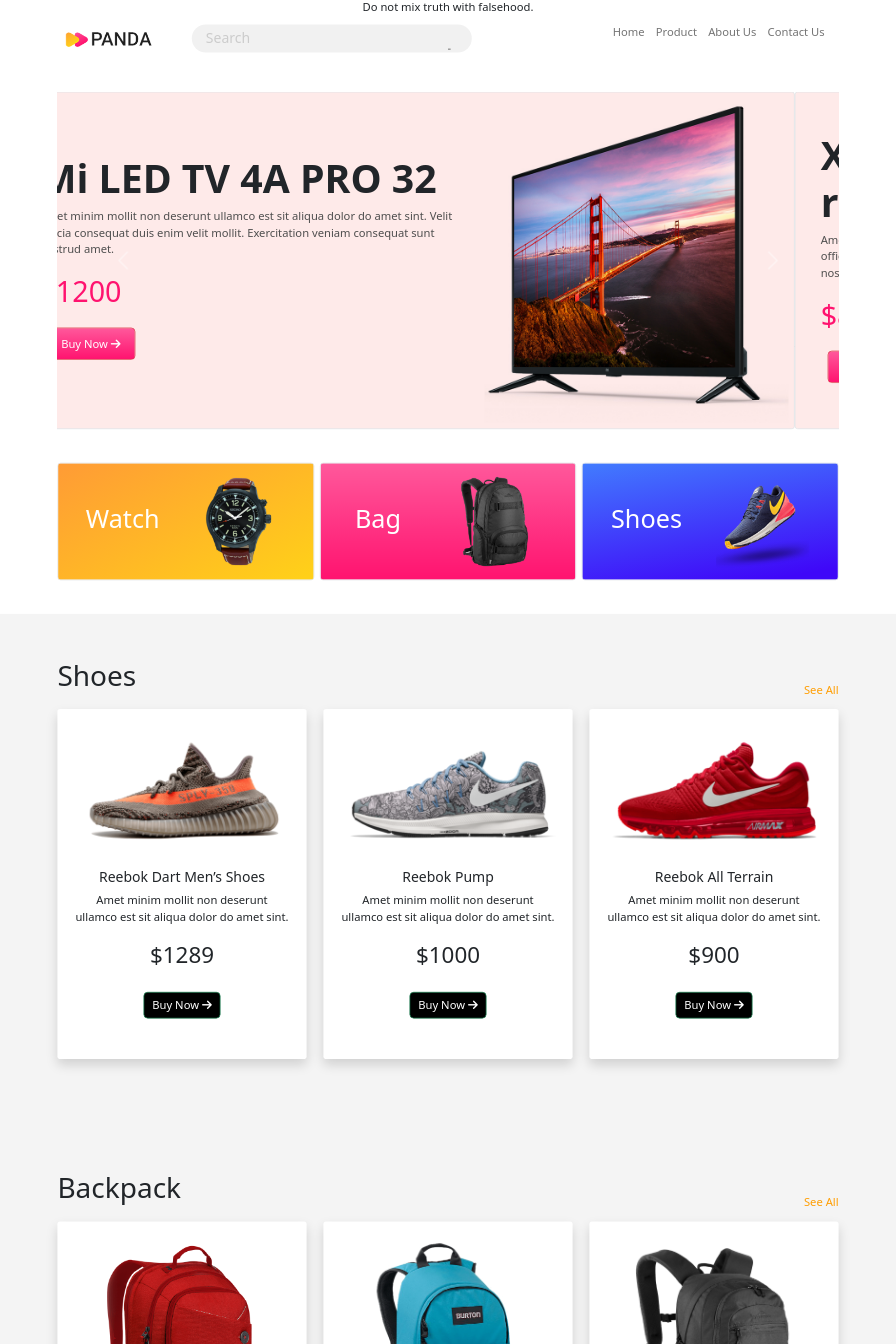
Repository: zjria/panda-e-commerce-
Page: index.html
The author's editor kept a copy of each file at every save. The page is drawn from the files as they stood at one save, then again after the next save.
The browser window is 1280 px wide. The pictures show the part of the page from y = 0 to 1920 px (the page is 2751 px tall before and 2661 px after), at 70% of full size.
Pictures or frames that could not be fetched are drawn as grey boxes.

Above is the page before, as saved 2022-10-04 11:05:45.

### index.html
<!DOCTYPE html>
<html lang="en">

<head>
    <meta charset="UTF-8">
    <meta http-equiv="X-UA-Compatible" content="IE=edge">
    <meta name="viewport" content="width=device-width, initial-scale=1.0">
    <title>Panda E-Commerce Bootstrap</title>
    <!-- Bootstrap CSS Link -->
    <link href="https://cdn.jsdelivr.net/npm/bootstrap@5.0.2/dist/css/bootstrap.min.css" rel="stylesheet"
        integrity="sha384-EVSTQN3/azprG1Anm3QDgpJLIm9Nao0Yz1ztcQTwFspd3yD65VohhpuuCOmLASjC" crossorigin="anonymous">
    <!-- Font Awesome CDN Link -->
    <link rel="stylesheet" href="https://cdnjs.cloudflare.com/ajax/libs/font-awesome/6.2.0/css/all.min.css"
        integrity="sha512-xh6O/CkQoPOWDdYTDqeRdPCVd1SpvCA9XXcUnZS2FmJNp1coAFzvtCN9BmamE+4aHK8yyUHUSCcJHgXloTyT2A=="
        crossorigin="anonymous" referrerpolicy="no-referrer" />
    <!-- Custom CSS -->
    <link rel="stylesheet" href="style.css">


</head>

<body>

    <h6 class="text-center">Do not mix truth with falsehood.</h6>

    <!-- Header Section Start -->

    <header class="container">
        <nav class="navbar navbar-expand-lg navbar-light bg-white">
            <div class="container">
                <a class="navbar-brand" href="#"> <img src="images/logo.png" class="img-fluid w-75"
                        alt="Header_logo"></a>

                <button class="navbar-toggler" type="button" data-bs-toggle="collapse"
                    data-bs-target="#navbarSupportedContent" aria-controls="navbarSupportedContent"
                    aria-expanded="false" aria-label="Toggle navigation">
                    <span class="navbar-toggler-icon"></span>
                </button>

                <form action="" class="d-flex search-bar">
                    <input type="text" placeholder="Search" name="q">
                    <button type="submit"><img class="img-fluid" src="images/search.png" alt=""></button>
                </form>


                <div class="collapse navbar-collapse pt-0" id="navbarSupportedContent">
                    <ul class="navbar-nav mb-2 mb-lg-0">
                        <li class="nav-item">
                            <a class="nav-link" href="#">Home</a>
                        </li>
                        <li class="nav-item">
                            <a class="nav-link" href="#">Product</a>
                        </li>
                        <li class="nav-item">
                            <a class="nav-link" href="#">About Us</a>
                        </li>
                        <li class="nav-item">
                            <a class="nav-link" href="#">Contact Us</a>
                        </li>
                    </ul>
                </div>
            </div>
        </nav>

        <!-- Slide Section Start -->
        <div id="carouselExampleControls" class="carousel slide mt-5" data-bs-ride="carousel">
            <div class="carousel-inner">
                <div class="carousel-item active border rounded slide-bg-color">
                    <div class="row">
                        <div class="col-lg-7 ps-5 d-flex align-items-center">
                            <div class="text-degain">
                                <h1>Mi LED TV 4A PRO 32</h1>
                                <p class="pb-2">Amet minim mollit non deserunt ullamco est sit aliqua dolor do amet
                                    sint. Velit
                                    officia
                                    consequat duis enim velit mollit. Exercitation veniam consequat sunt nostrud amet.
                                </p>
                                <h2 class="pb-2">$1200</h2>
                                <button class="btn btn-danger">Buy Now <i class="fa-solid fa-arrow-right"></i></button>
                            </div>
                        </div>
                        <div class="col-lg-5 images-fixed">
                            <img src="images/banner-images/tv.png" class="d-block w-100 p-2" alt="...">
                        </div>
                    </div>
                </div>
                <div class="carousel-item border rounded slide-bg-color">
                    <div class="row">
                        <div class="col-lg-7 ps-5 d-flex align-items-center">
                            <div class="text-degain">
                                <h1>X-Box for your living room</h1>
                                <p class="pb-2">Amet minim mollit non deserunt ullamco est sit aliqua dolor do amet
                                    sint. Velit
                                    officia
                                    consequat duis enim velit mollit. Exercitation veniam consequat sunt nostrud amet.
                                </p>
                                <h2 class="pb-2">$820</h2>
                                <button class="btn btn-danger">Buy Now <i class="fa-solid fa-arrow-right"></i></button>
                            </div>
                        </div>
                        <div class="col-lg-5 images-fixed">
                            <img src="images/banner-images/xbox.png" class="d-block w-100 p-2" alt="...">
                        </div>
                    </div>
                </div>
                <div class="carousel-item border rounded slide-bg-color">
                    <div class="row">
                        <div class="col-lg-7 ps-5 d-flex align-items-center">
                            <div class="text-degain">
                                <h1>Coll Dude Headphone</h1>
                                <p class="pb-2">Amet minim mollit non deserunt ullamco est sit aliqua dolor do amet
                                    sint. Velit
                                    officia
                                    consequat duis enim velit mollit. Exercitation veniam consequat sunt nostrud amet.
                                </p>
                                <h2 class="pb-2">$420</h2>
                                <button class="btn btn-danger">Buy Now <i class="fa-solid fa-arrow-right"></i></button>
                            </div>
                        </div>
                        <div class="col-lg-5 images-fixed">
                            <img src="images/banner-images/headphone.png" class="d-block w-100 p-2" alt="...">
                        </div>
                    </div>
                </div>
            </div>
            <button class="carousel-control-prev" type="button" data-bs-target="#carouselExampleControls"
                data-bs-slide="prev">
                <span class="carousel-control-prev-icon" aria-hidden="true"></span>
                <span class="visually-hidden">Previous</span>
            </button>
            <button class="carousel-control-next" type="button" data-bs-target="#carouselExampleControls"
                data-bs-slide="next">
                <span class="carousel-control-next-icon" aria-hidden="true"></span>
                <span class="visually-hidden">Next</span>
            </button>
        </div>
    </header>


    <!-- Main Section Start -->
    <main class="my-5">
        <div class="container">
            <div class="row g-2">
                <div class="col-12 col-md-6 col-lg-4">
                    <div class="p-3 border rounded-3 background-color-one categories d-flex justify-content-around">
                        <h3 class="text-white">Watch</h3>
                        <img src="images/categories/watch.png" alt="">
                    </div>
                </div>
                <div class="col-12 col-md-6 col-lg-4">
                    <div class="p-3 border rounded-3 background-color-tow categories d-flex justify-content-around">
                        <h3 class="text-white">Bag</h3>
                        <img src="images/categories/bag.png" alt="">
                    </div>
                </div>
                <div class="col-12 col-md-6 col-lg-4">
                    <div class="p-3 border rounded-3 background-color-three categories d-flex justify-content-around">
                        <h3 class="text-white">Shoes</h3>
                        <img src="images/categories/shoes.png" alt="">
                    </div>
                </div>
            </div>
        </div>

        <!-- Show Section Start -->
        <article class="show-bg my-5">
            <section class="container my-5 py-5">
                <div class="show-header-text d-flex">
                    <h1>Shoes</h1>
                    <p class="pt-5">See All</p>
                </div>
                <div class="row row-cols-1 row-cols-md-2 row-cols-lg-3 g-4">
                    <div class="col">
                        <div class="card h-100 border border-0 shadow p-2 mb-4 bg-body rounded">
                            <img src="images/shoes/shoe-1.png" class="card-img-top" alt="...">
                            <div class="card-body text-center">
                                <h5 class="card-title">Reebok Dart Men’s Shoes</h5>
                                <p class="card-text ">Amet minim mollit non deserunt ullamco est sit aliqua dolor do
                                    amet
                                    sint. </p>
                                <h2 class="my-4">$1289</h2>
                                <button class="btn btn-success">Buy Now <i class="fa-solid fa-arrow-right"></i></button>
                            </div>
                        </div>
                    </div>
                    <div class="col">
                        <div class="card h-100 border border-0 shadow p-2 mb-4 bg-body rounded">
                            <img src="images/shoes/shoe-2.png" class="card-img-top" alt="...">
                            <div class="card-body text-center">
                                <h5 class="card-title">Reebok Pump</h5>
                                <p class="card-text ">Amet minim mollit non deserunt ullamco est sit aliqua dolor do
                                    amet
                                    sint. </p>
                                <h2 class="my-4">$1000</h2>
                                <button class="btn btn-success">Buy Now <i class="fa-solid fa-arrow-right"></i></button>
                            </div>
                        </div>
                    </div>
                    <div class="col">
                        <div class="card h-100 border border-0 shadow p-2 mb-4 bg-body rounded">
                            <img src="images/shoes/shoe-3.png" class="card-img-top" alt="...">
                            <div class="card-body text-center">
                                <h5 class="card-title">Reebok All Terrain</h5>
                                <p class="card-text ">Amet minim mollit non deserunt ullamco est sit aliqua dolor do
                                    amet
                                    sint. </p>
                                <h2 class="my-4">$900</h2>
                                <button class="btn btn-success">Buy Now <i class="fa-solid fa-arrow-right"></i></button>
                            </div>
                        </div>
                    </div>



                </div>
            </section>

            <!-- Bag Section Start -->
            <section class="container my-5 py-5">
                <div class="show-header-text d-flex">
                    <h1>Backpack</h1>
                    <p class="pt-5">See All</p>
                </div>
                <div class="row row-cols-1 row-cols-md-2 row-cols-lg-3 g-4">
                    <div class="col">
                        <div class="card h-100 border border-0 shadow p-2 mb-4 bg-body rounded">
                            <img src="images/bags/bag-1.png" class="card-img-top" alt="...">
                            <div class="card-body text-center">
                                <h5 class="card-title">Ison Backpack</h5>
                                <p class="card-text ">Amet minim mollit non deserunt ullamco est sit aliqua dolor do
                                    amet
                                    sint. </p>
                                <h2 class="my-4">$900</h2>
                                <button class="btn btn-success">Buy Now <i class="fa-solid fa-arrow-right"></i></button>
                            </div>
                        </div>
                    </div>
                    <div class="col">
                        <div class="card h-100 border border-0 shadow p-2 mb-4 bg-body rounded">
                            <img src="images/bags/bag-2.png" class="card-img-top" alt="...">
                            <div class="card-body text-center">
                                <h5 class="card-title">Biaowang Backpack</h5>
                                <p class="card-text ">Amet minim mollit non deserunt ullamco est sit aliqua dolor do
                                    amet
                                    sint. </p>
                                <h2 class="my-4">$880</h2>
                                <button class="btn btn-success">Buy Now <i class="fa-solid fa-arrow-right"></i></button>
                            </div>
                        </div>
                    </div>
                    <div class="col">
                        <div class="card h-100 border border-0 shadow p-2 mb-4 bg-body rounded">
                            <img src="images/bags/bag-3.png" class="card-img-top" alt="...">
                            <div class="card-body text-center">
                                <h5 class="card-title">Dxyizu WS54 Smart</h5>
                                <p class="card-text ">Amet minim mollit non deserunt ullamco est sit aliqua dolor do
                                    amet
                                    sint. </p>
                                <h2 class="my-4">$870</h2>
                                <button class="btn btn-success">Buy Now <i class="fa-solid fa-arrow-right"></i></button>
                            </div>
                        </div>
                    </div>
                </div>
            </section>
        </article>
    </main>

    <!-- Footer Section Start -->
    <footer class="container footer-section p-5">
        <div class="footer-text">
            <h1>LET'S STAY IN TOUCH</h1>
            <p>Get updates on sales specials and more</p>
            <form action="#">
                <div class="form-box">
                    <input ype="text" value="" name="emailaddress" placeholder="Enter your E-mail">
                    <button type="submit">Subscribe</button>
                </div>
            </form>
        </div>
    </footer>




    <!-- Bootstrap JavaScript Link -->
    <script src="https://cdn.jsdelivr.net/npm/bootstrap@5.0.2/dist/js/bootstrap.bundle.min.js"
        integrity="sha384-MrcW6ZMFYlzcLA8Nl+NtUVF0sA7MsXsP1UyJoMp4YLEuNSfAP+JcXn/tWtIaxVXM" crossorigin="anonymous">
    </script>
</body>

</html>

### style.css
.search-bar {
    width: 100%;
    max-width: 400px;
    height: 40px;
    background: #F1F1F1;
    border-radius: 66px;

}

.search-bar input {
    background: transparent;
    flex: 1;
    border: 0;
    outline: none;
    padding: 12px 20px;
    font-size: 20px;

}

::placeholder {
    color: #CCCCCC;
}

.search-bar button {
    background: transparent;
    border: 0;
    outline: none;
}

.search-bar button img {
    width: 25px;
    color: #CCCCCC;
}

div#navbarSupportedContent {
    margin-top: -20px;
    text-align: end;
    justify-content: end;
}

.slide-bg-color {
    background: #FEEAE9;
}

.text-degain p {
    color: #4E4E4E;
}

.text-degain>h1 {
    font-weight: 700;
    font-size: 56px;
}

.text-degain>h2 {
    font-weight: 500;
    font-size: 41px;
    color: #FF136F;
}

.text-degain button {
    background: linear-gradient(180deg, #FF589B -0.01%, #FF136F 99.99%);
    border-radius: 6px;
    padding: 10px 20px;
}

.background-color-one {
    background: linear-gradient(152.07deg, #FF9C35 1.47%, #FFD019 97.17%);
    align-items: center;
}

.background-color-tow {
    background: linear-gradient(180deg, #FF589B -0.01%, #FF136F 99.99%);
    align-items: center;
}

.background-color-three {
    background: linear-gradient(170.41deg, #4289FF -10.89%, #3F07F8 92.77%);
    align-items: center;
}

.categories h3 {
    font-weight: 500;
    font-size: 36px;
}

.categories img {
    width: 40%;
}

.show-bg {
    background: #F4F4F4;
}

.show-header-text {
    justify-content: space-between;
    align-items: center;
    text-align: center;
}

.show-header-text p {
    color: #FF9D00;
}

.show-bg button {
    background: #000000;
    border-radius: 6px;
}

.footer-section {
    background: #FFF2F1;
}

.form-box {
    padding: 20px;
}

.form-box input,
button {
    outline: none;
    border: none;
    font-size: 18px;
    background: white;
    padding: 10px 20px;
    border-radius: 5px;
    margin: 10px;
}

After the next save:
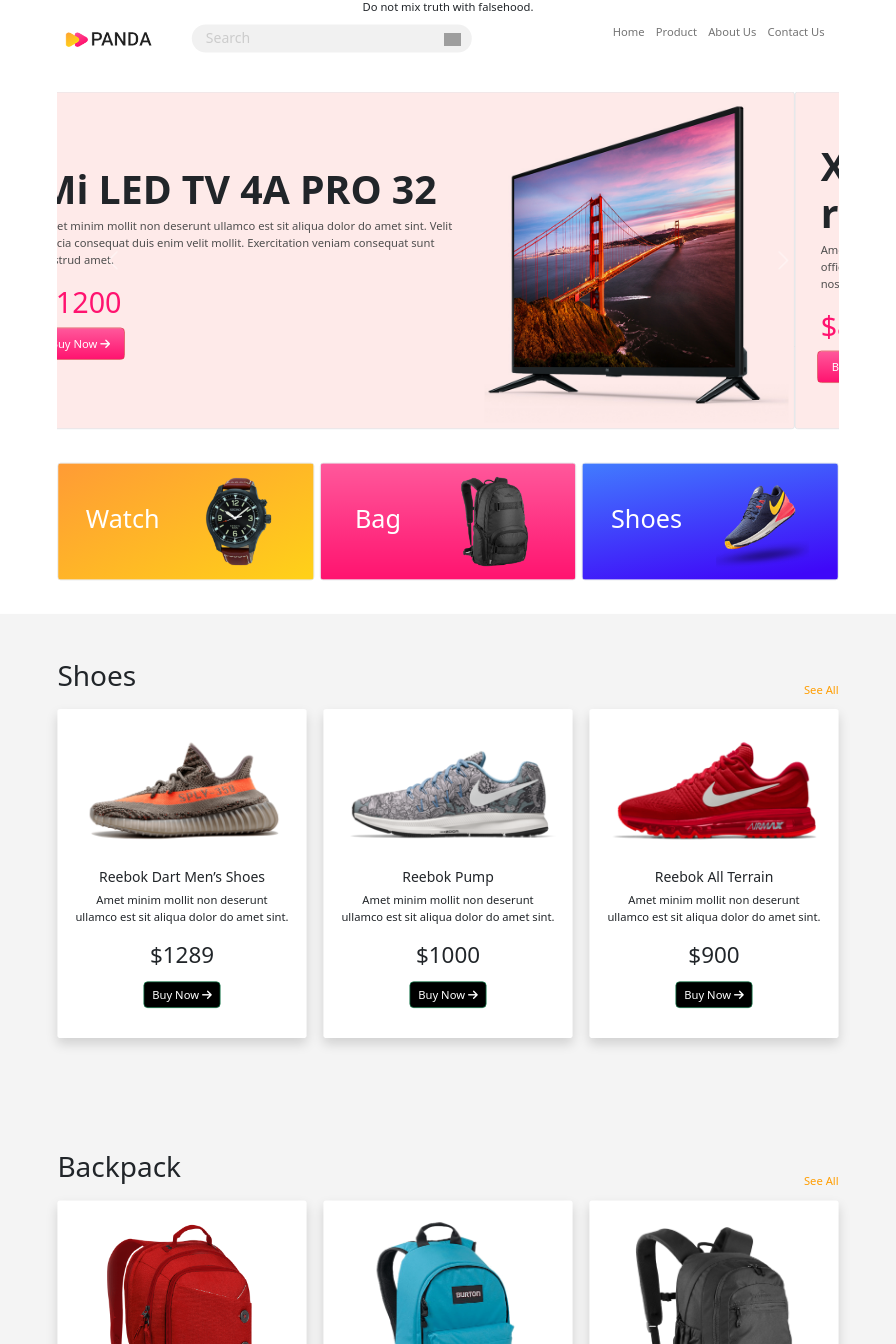
Saved 10 s later.
--- a/style.css
+++ b/style.css
@@ -122,5 +122,5 @@
     background: white;
     padding: 10px 20px;
     border-radius: 5px;
-    margin: 10px;
+    margin: -5px;
 }
